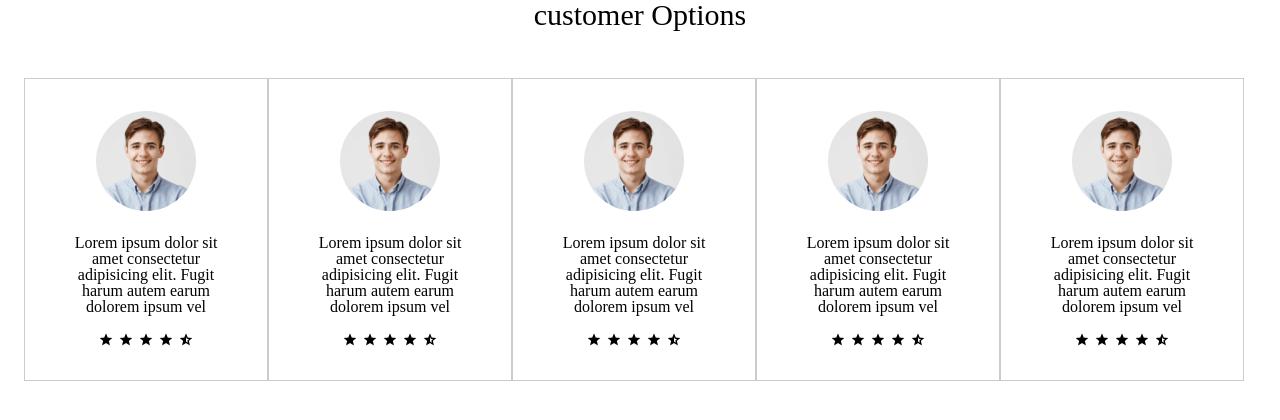
Repository: dinhhaidh/slider-3
Page: index.html
An editor plug-in stored every save of this project. The page is shown before and after a run of saves, followed by the edit.
The browser window is 1280 px wide. The pictures show the whole page.

Above is the page before, as saved 2024-03-22 20:51:48.

### index.html
<!DOCTYPE html>
<html lang="en">
<head>
    <meta charset="UTF-8">
    <meta name="viewport" content="width=device-width, initial-scale=1.0">
    <title>Document</title>
    <link rel="stylesheet" href="https://cdnjs.cloudflare.com/ajax/libs/remixicon/4.2.0/remixicon.min.css">

    <link rel="stylesheet" href="./css/swiper-bundle.min.css">

    <link rel="stylesheet" href="./css/style.css">

</head>
<body>
    <div class="customer">
        <h3 class="customer__title">customer Options</h3>
        <div class="customer__container container">
            <div class="customer__swiper swiper">
                <div class="swiper-wrapper">
                    <article class="customer__article swiper-slide">
                        <img src="./img1.png" alt="image" class="customer__img">

                        <p>
                            Lorem ipsum dolor sit amet consectetur adipisicing elit. Fugit harum autem earum dolorem ipsum vel
                        </p>

                        <div class="customer__star">
                            <i class="ri-star-s-fill"></i>
                            <i class="ri-star-s-fill"></i>
                            <i class="ri-star-s-fill"></i>
                            <i class="ri-star-s-fill"></i>
                            <i class="ri-star-half-s-line"></i>
                        </div>
                    </article>
                    <article class="customer__article swiper-slide">
                        <img src="./img1.png" alt="image" class="customer__img">

                        <p>
                            Lorem ipsum dolor sit amet consectetur adipisicing elit. Fugit harum autem earum dolorem ipsum vel
                        </p>

                        <div class="customer__star">
                            <i class="ri-star-s-fill"></i>
                            <i class="ri-star-s-fill"></i>
                            <i class="ri-star-s-fill"></i>
                            <i class="ri-star-s-fill"></i>
                            <i class="ri-star-half-s-line"></i>
                        </div>
                    </article>
                    <article class="customer__article swiper-slide">
                        <img src="./img1.png" alt="image" class="customer__img">

                        <p>
                            Lorem ipsum dolor sit amet consectetur adipisicing elit. Fugit harum autem earum dolorem ipsum vel
                        </p>

                        <div class="customer__star">
                            <i class="ri-star-s-fill"></i>
                            <i class="ri-star-s-fill"></i>
                            <i class="ri-star-s-fill"></i>
                            <i class="ri-star-s-fill"></i>
                            <i class="ri-star-half-s-line"></i>
                        </div>
                    </article>
                </div>
            </div>
        </div>
    </div>


    <script src="./js/swiper-bundle.min.js"></script>
    <script src="./js/app.js"></script>
</body>
</html>

### css/style.css
*,
*:before,
*:after {
  box-sizing: border-box;
}
* {
  margin: 0;
  padding: 0;
  font: inherit;
}
img,
picture,
svg,
video {
  display: block;
  max-width: 100%;
}
input,
select,
textarea {
  background-color: transparent;
  outline: none;
}
button {
  cursor: pointer;
  background-color: transparent;
  outline: none;
  border: 0;
}
body {
  min-height: 100vh;
  font-weight: 400;
  font-size: 16px;
  line-height: 1;
}


.container{
    max-width: 1220px;
    Margin-inline: 1.5rem;
}


.customer__title{
    text-align: center;
    margin-bottom: 3rem;
    font-size: 30px;
}

.customer__article{
    display:flex;
    align-items: center;
    justify-content: center;
    flex-direction: column;
    padding: 2rem 3rem 2rem;
    background-color: #fff;
    border: 1px solid #ccc;
}
.customer__img{
    width: 100px;
    border-radius: 50%;
    margin: 0 auto 1.5rem;
}
.customer__article p {
    margin-bottom: 1rem;
    text-align: center;
}
.customer__star{

}
.ri-star-s-fill{

}
.ri-star-half-s-line{

}

### js/app.js


let swiperCustomer = new Swiper('.customer__swiper', {
    loop: true,
    grabCursor: true,
    slidesPerView: 2,

    // đoạn mã này lè căn giữa
    centeredSlides: true,

    pagination: {
        el: '.swiper-pagination',

        // đoạn mã này kích dc vào đốt vẫn chạy
        clickable: true,
    },

    breakpoints:{
        440:{
            slidesPerView: 'auto',
            centeredSlides: false,
        },

        768:{
            slidesPerView: '4',
            centeredSlides: false,
        },

        1200:{
            slidesPerView: '5',
            centeredSlides: false,
        },

    }

});

// ===============  SWIPER MOVIE ================//

Loaded but not shown: css/swiper-bundle.min.css (library); js/swiper-bundle.min.js (library)

After the next 2 saves:
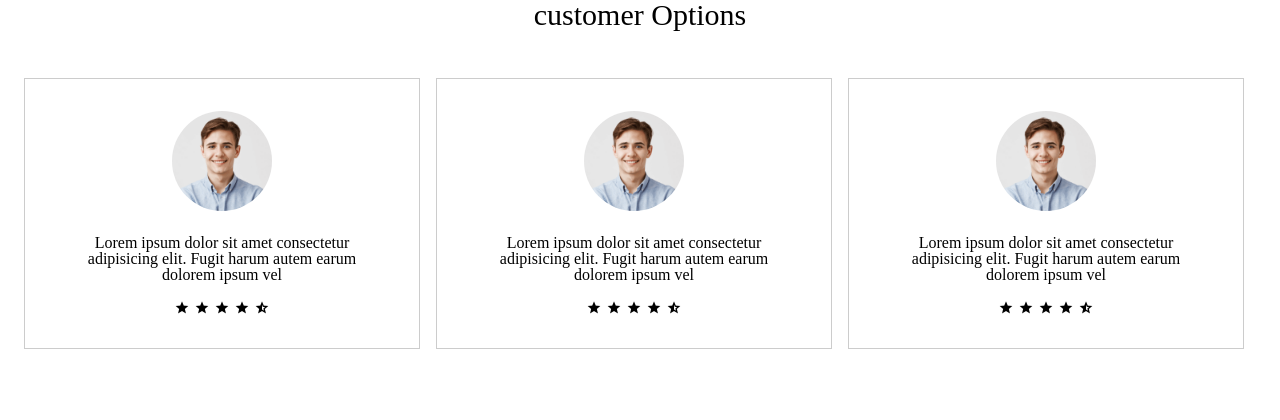
The 2 saves are shown as one change because they came seconds apart.
The last was saved 25 s later.
--- a/js/app.js
+++ b/js/app.js
@@ -1,38 +1,13 @@
-
-
 let swiperCustomer = new Swiper('.customer__swiper', {
     loop: true,
-    grabCursor: true,
-    slidesPerView: 2,
+    spaceBetween: 16,
+    slidesPerView: 'auto',
+    centeredSlides: 'auto',
 
-    // đoạn mã này lè căn giữa
-    centeredSlides: true,
-
-    pagination: {
-        el: '.swiper-pagination',
-
-        // đoạn mã này kích dc vào đốt vẫn chạy
-        clickable: true,
-    },
-
-    breakpoints:{
-        440:{
-            slidesPerView: 'auto',
+    breakpoints: {
+        1150: {
+            slidesPerView: 3,
             centeredSlides: false,
         },
-
-        768:{
-            slidesPerView: '4',
-            centeredSlides: false,
-        },
-
-        1200:{
-            slidesPerView: '5',
-            centeredSlides: false,
-        },
-
     }
-
 });
-
-// ===============  SWIPER MOVIE ================//
